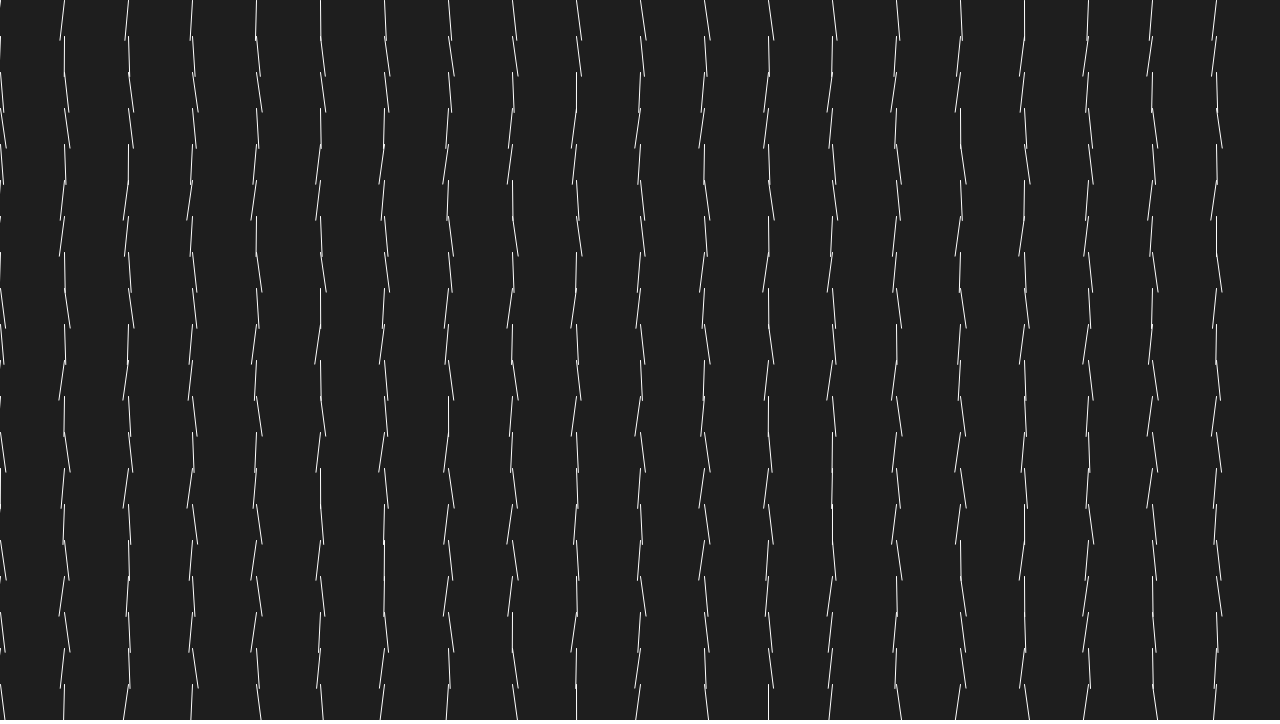
Repository: dylanreimer/electrocrafting
Page: projects/pendulum/index.html
The author's editor kept a copy of each file at every save. The page is drawn from the files as they stood at one save, then again after the next save.
The browser window is 1280 px wide. The pictures show the whole page.

Above is the page before, as saved 2021-10-19 01:16:46.

### projects/pendulum/index.html
<!DOCTYPE html>
<html lang="en">
  <head>
    <meta charset="UTF-8" />
    <meta http-equiv="X-UA-Compatible" content="IE=edge" />
    <meta name="viewport" content="width=device-width, initial-scale=1.0" />
    <style>
      body {
      padding: 0;
      margin: 0;
    }
    </style>
    <title>pendulum</title>
      <script src="libs/p5.js"></script>
      <script src="libs/p5.dom.min.js"></script>
      <script src="libs/p5.sound.min.js"></script>
    </head>
  <body>
    <script src="sketch.js"></script>
    <script src="pendulum.js"></script>
  </body>
</html>

### projects/pendulum/sketch.js
const canvasWidth = window.innerWidth;
const canvasHeight = window.innerHeight;

let pendulums = [];

let cols = 20, rows = 20;


function preload() {

}

function setup() {
    createCanvas(canvasWidth, canvasHeight);

    pendulums = make2d(cols, rows);

    for(let i = 0; i < cols; i++) {
        for(let j = 0; j < rows; j++) {

          const xangle = map(mouseX, 0, width, -TWO_PI, TWO_PI);
          const yangle = map(mouseY, 0, height, -TWO_PI, TWO_PI);

          angle = (xangle * (i / width)*4) + (yangle * (j / height)*8);

          //console.log(angle);
          c = map(angle, -2, 2, 0, 50);

          pendulums[i][j] = new Pendulum(i*(canvasWidth/cols), j*(canvasHeight/rows), c/0.8);
        }
    }
}



function draw() {
    background(30);

    for(let i =0; i < cols; i++){
        for(let j = 0; j < rows; j++) {
            pendulums[i][j].render();
            pendulums[i][j].update();
        }
    }
}



function make2d(cols, rows) {
    let array = new Array(cols);
    for (let i = 0; i < array.length; i++) {
        array[i] = new Array(rows);
    }
    return array
}

### projects/pendulum/pendulum.js
class Pendulum {
    constructor(x, y, size, radius=40, velocity=0.001, color=[255, 255, 255]) {
        this.origin = {x: x, y: y};
        this.center = {x: x, y: y};
        this.lineStart = {x: x, y: y};
        this.size = size;
        this.swingRadius = radius;
        this.color = color;
        this.angle = PI/2;
        this.gravity = 0.9;
        this.damping = 0.9995;
        this.accel = 0;
        this.velocity = velocity;
    };

    update() {
        this.updateAngle();
        this.updatePosition();
    };

    render() {
        this.renderArm();
        this.renderWeight();
    };

    updateAngle() {
        this.accel = (-1 * this.gravity/this.size) * sin(this.angle);
        this.velocity += this.accel;
        this.velocity *= this.damping;
        this.angle += this.velocity;

        this.damping -= 0.0001
    };

    updatePosition() {
        this.center.x = sin(this.angle) * this.swingRadius + this.origin.x;
        this.center.y = cos(this.angle) * this.swingRadius + this.origin.y;
    };

    renderArm() {
        stroke(255);
        line(this.center.x, this.center.y, this.lineStart.x, this.lineStart.y);
    }

    renderWeight() {
        fill(this.color);
        ellipse(this.center.x, this.center.y, this.size);
    }


}

Loaded but not shown: projects/aframe/libraries/p5.js (library); projects/pendulum/libs/p5.dom.min.js (library); projects/pendulum/libs/p5.sound.min.js (library)

After the next save:
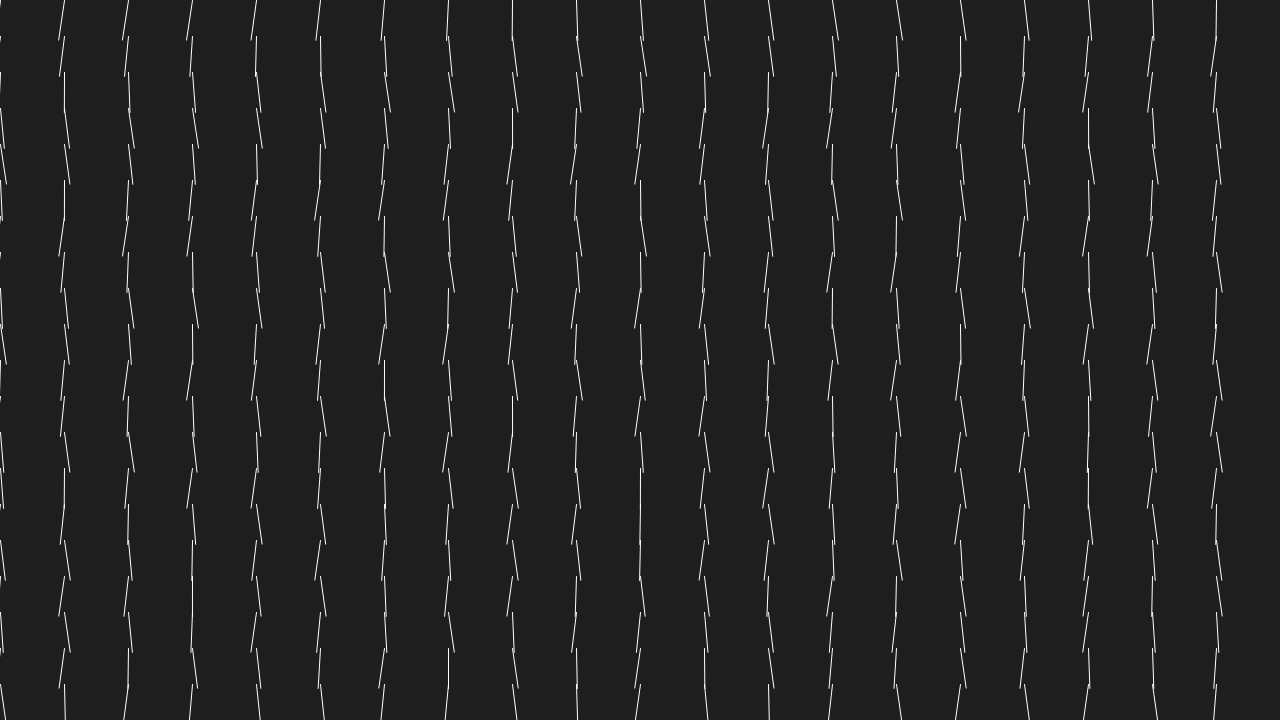
Saved 7 s later.
--- a/projects/pendulum/pendulum.js
+++ b/projects/pendulum/pendulum.js
@@ -1,5 +1,5 @@
 class Pendulum {
-    constructor(x, y, size, radius=40, velocity=0.001, color=[255, 255, 255]) {
+    constructor(x, y, size, radius=40, velocity=0.1, color=[255, 255, 255]) {
         this.origin = {x: x, y: y};
         this.center = {x: x, y: y};
         this.lineStart = {x: x, y: y};

After the save that followed:
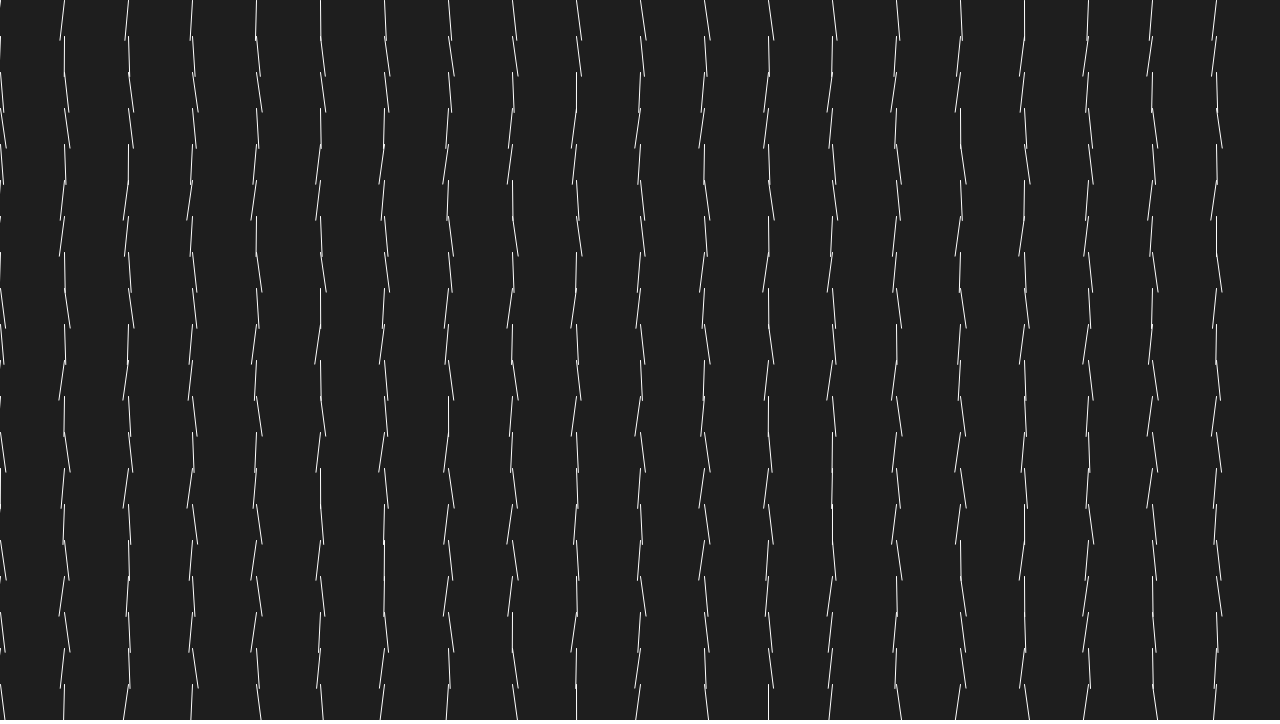
Saved 4 s later.
--- a/projects/pendulum/pendulum.js
+++ b/projects/pendulum/pendulum.js
@@ -1,5 +1,5 @@
 class Pendulum {
-    constructor(x, y, size, radius=40, velocity=0.1, color=[255, 255, 255]) {
+    constructor(x, y, size, radius=40, velocity=0.001, color=[255, 255, 255]) {
         this.origin = {x: x, y: y};
         this.center = {x: x, y: y};
         this.lineStart = {x: x, y: y};
